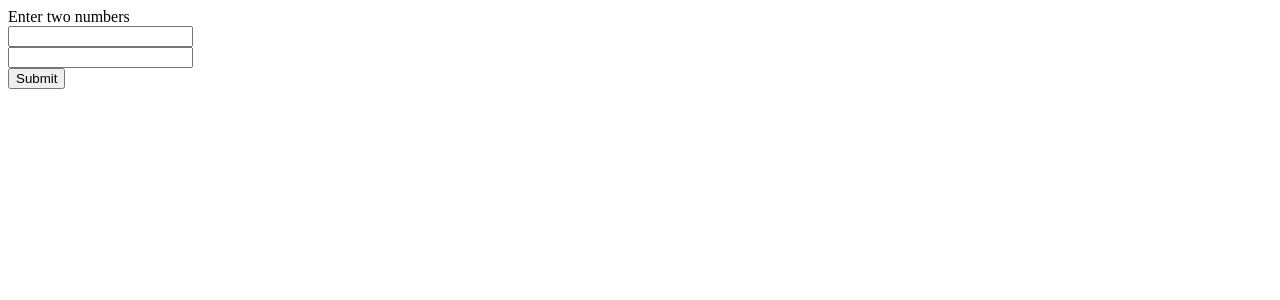
Repository: HashmiAalam/ServletBasicsByAlam
Page: ServletBesics/src/main/webapp/numbers.html
These files come from the project's save history. The page is drawn as it stood at one moment and after the next save; the edit follows.
The browser window is 1280 px wide. The pictures show the whole page.

Above is the page before, as saved 2022-09-27 14:05:19.

After the next save:
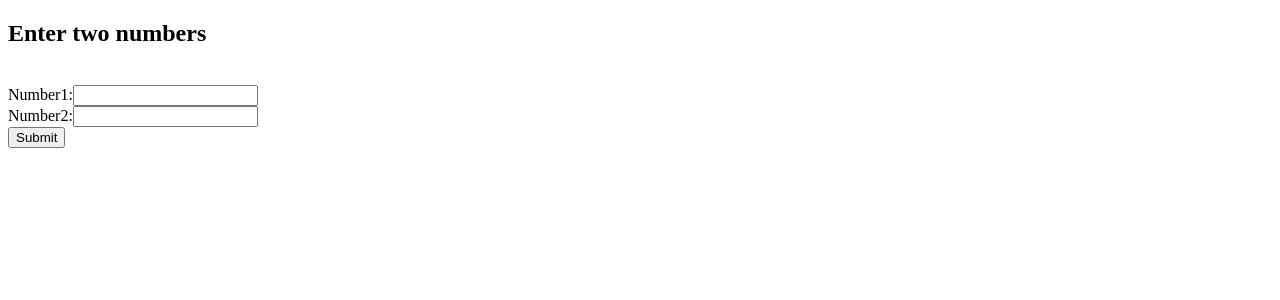
Saved 45 s later.
--- a/ServletBesics/src/main/webapp/numbers.html
+++ b/ServletBesics/src/main/webapp/numbers.html
@@ -6,9 +6,9 @@
 </head>
 <body>
 <form>
-Enter two numbers<br/>
-<input name="number1" type="Number"/><br/>
-<input name="number2" type="Number"/><br/>
+<h2>Enter two numbers<h2></h2><br/>
+Number1:<input name="number1" type="Number"/><br/>
+Number2:<input name="number2" type="Number"/><br/>
 <input name="submit" type="submit"/><br/>
 </form>
 </body>
